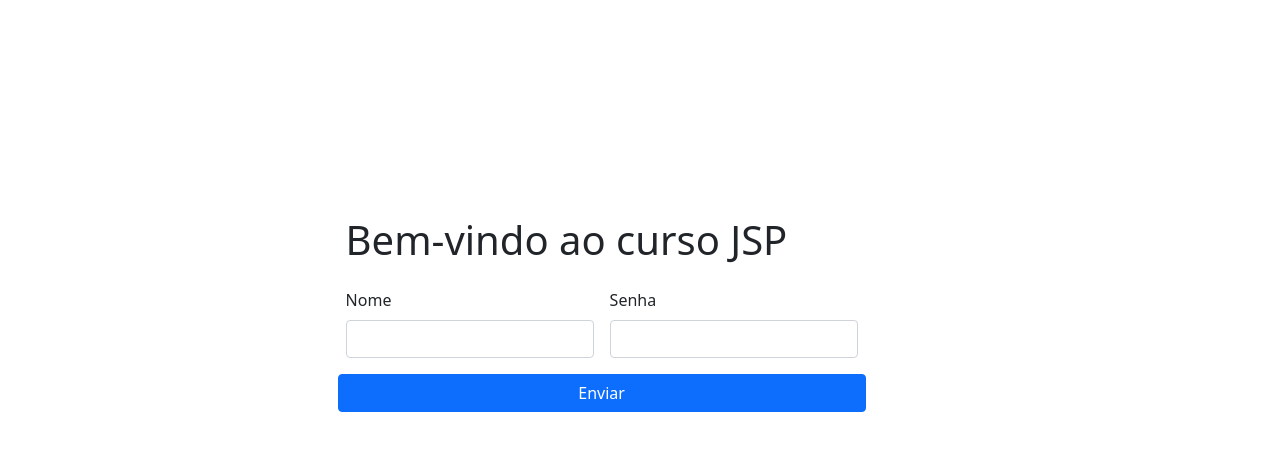
Repository: wdnzs/EstudoJSP
Page: http://localhost/curso-jsp/
These files come from the project's save history. The page is drawn as it stood at one moment and after the next save; the edit follows.
The browser window is 1280 px wide. The pictures show the whole page.
The page is served by Tomcat 9. Other server files are loaded and not shown.

Above is the page before, as saved 2021-09-07 02:18:15.

### curso-jsp/src/main/webapp/index.jsp
<%@ page language="java" contentType="text/html; charset=ISO-8859-1"
	pageEncoding="ISO-8859-1"%>
<!DOCTYPE html>

<html lang="en">

<head>
	<meta charset="ISO-8859-1">
	<meta name="viewport" content="width=device-width, initial-scale=1">
	<link href="https://cdn.jsdelivr.net/npm/bootstrap@5.0.2/dist/css/bootstrap.min.css" rel="stylesheet" integrity="sha384-EVSTQN3/azprG1Anm3QDgpJLIm9Nao0Yz1ztcQTwFspd3yD65VohhpuuCOmLASjC" crossorigin="anonymous">
	<title>Curso JSP</title>

<style type="text/css">

form{
	position: absolute;
	top: 40%;
	left: 27%;
	right: 33%;
}

h1{
	position: absolute;
	top: 30%;
	left: 27%;
}

</style>

</head>

<body>

	<h1>Bem-vindo ao curso JSP</h1>

	<form action="<%=request.getContextPath() %>/ServletLogin" method="post" class="row g-3">
		<input type="hidden" value="<%=request.getParameter("url")%>" name="url">
			<div class="col-md-6">
				<label class="form-label">Nome</label>
				<input class="form-control" name="login" type="text">
			</div>
			<div class="col-md-6">
				<label class="form-label">Senha</label>
				<input class="form-control" name="senha" type="password">
			</div>
			<input type="submit" value= "Enviar" class="btn btn-primary">

	</form>
	<h4>${msg}</h4>
	<script src="https://cdn.jsdelivr.net/npm/bootstrap@5.0.2/dist/js/bootstrap.bundle.min.js" integrity="sha384-MrcW6ZMFYlzcLA8Nl+NtUVF0sA7MsXsP1UyJoMp4YLEuNSfAP+JcXn/tWtIaxVXM" crossorigin="anonymous"></script>
</body>
</html>

After the next save:
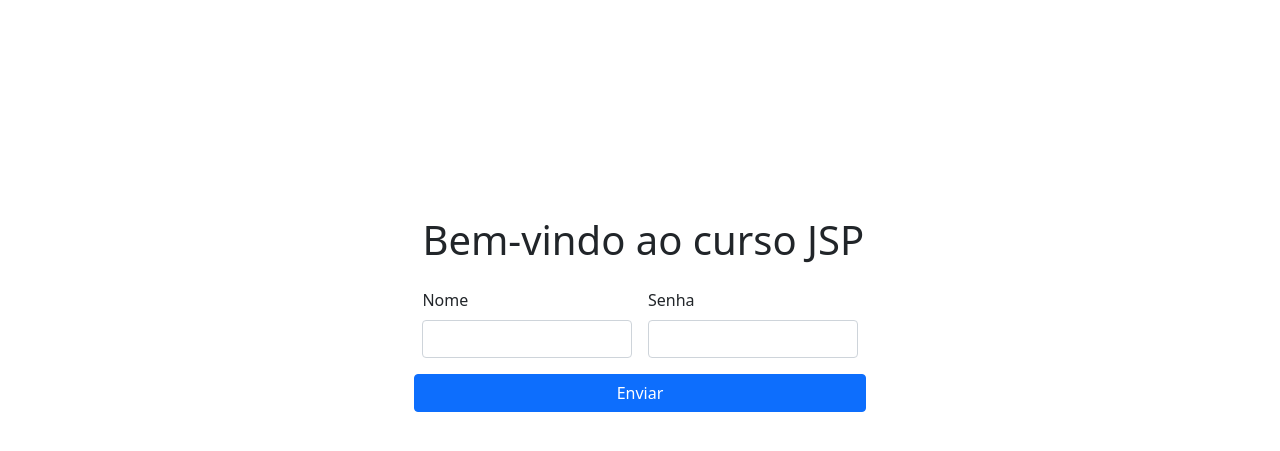
Saved 14 s later.
--- a/curso-jsp/src/main/webapp/index.jsp
+++ b/curso-jsp/src/main/webapp/index.jsp
@@ -15,14 +15,14 @@
 form{
 	position: absolute;
 	top: 40%;
-	left: 27%;
+	left: 33%;
 	right: 33%;
 }
 
 h1{
 	position: absolute;
 	top: 30%;
-	left: 27%;
+	left: 33%;
 }
 
 </style>
